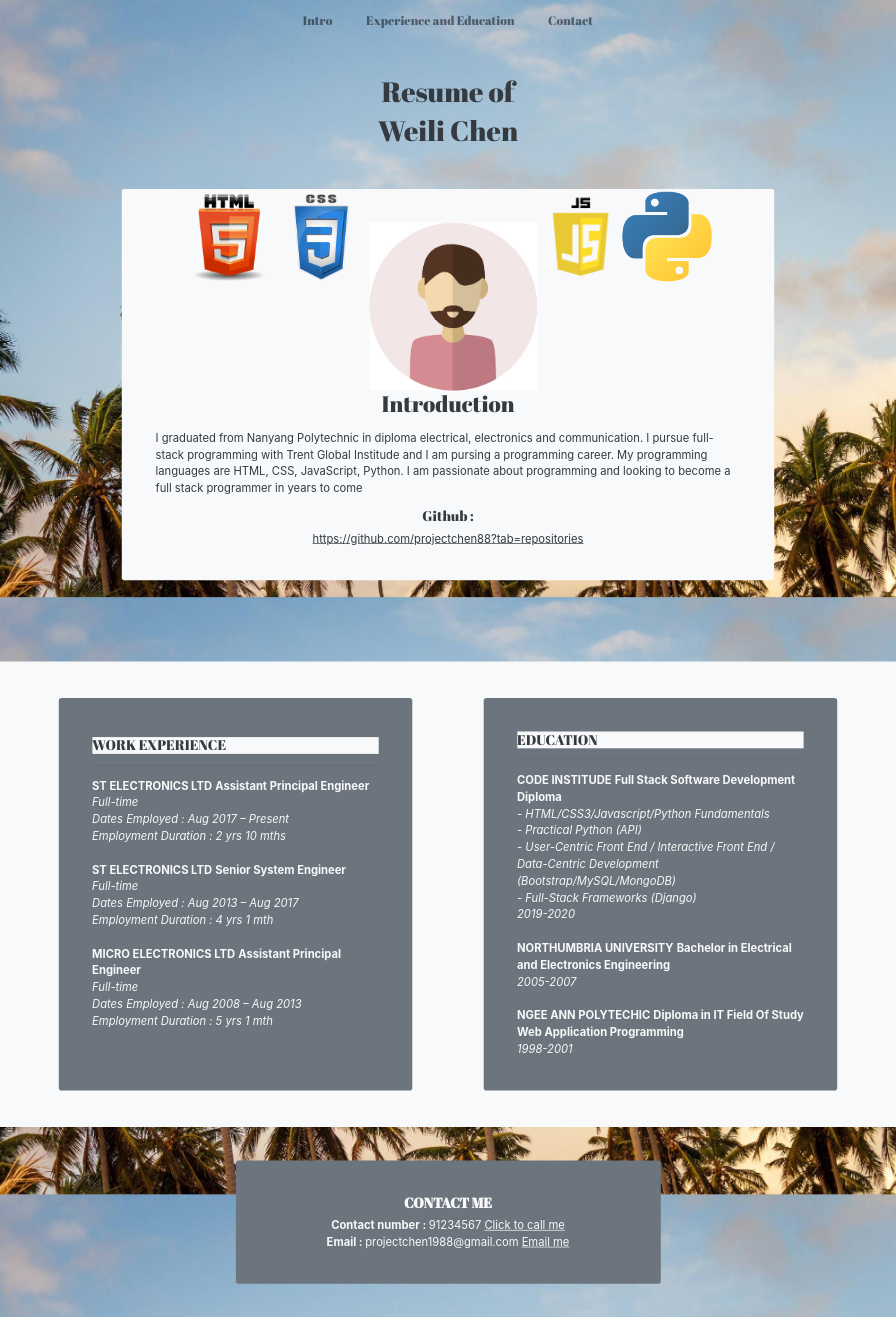
Repository: projectchen88/firstproject
Page: index.html
The author's editor kept a record of every edit. The page is drawn from the files as they stood at one moment, then again after the next edit.
The browser window is 1280 px wide. The pictures show the whole page, at 70% of full size.
Backgrounds fixed to the window are drawn as part of the page. Some web libraries are served in a nearby version.

Above is the page before.

After the next edit:
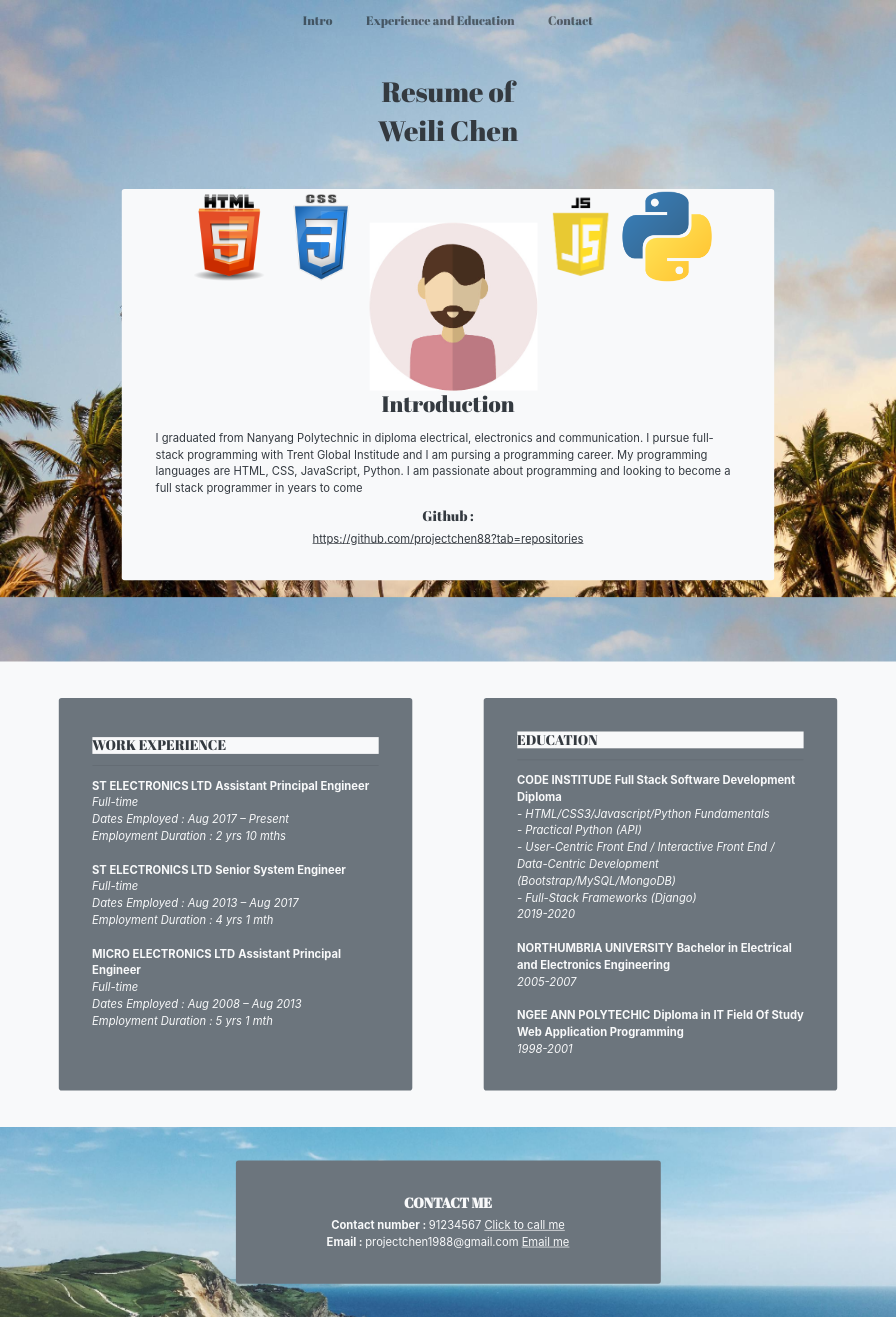
The edit:
--- a/styles/style.css
+++ b/styles/style.css
@@ -98,3 +98,12 @@ body {
   85%  { left:0px; top:-12px;}
   100% { left:0px; top:0px;}
 }
+
+#contact {
+    /*height : 200px;*/
+    height: auto;
+    background-image: url('../images/bay.jpg');
+    background-repeat: no-repeat;
+    background-position: center;
+    background-size: cover;
+}
